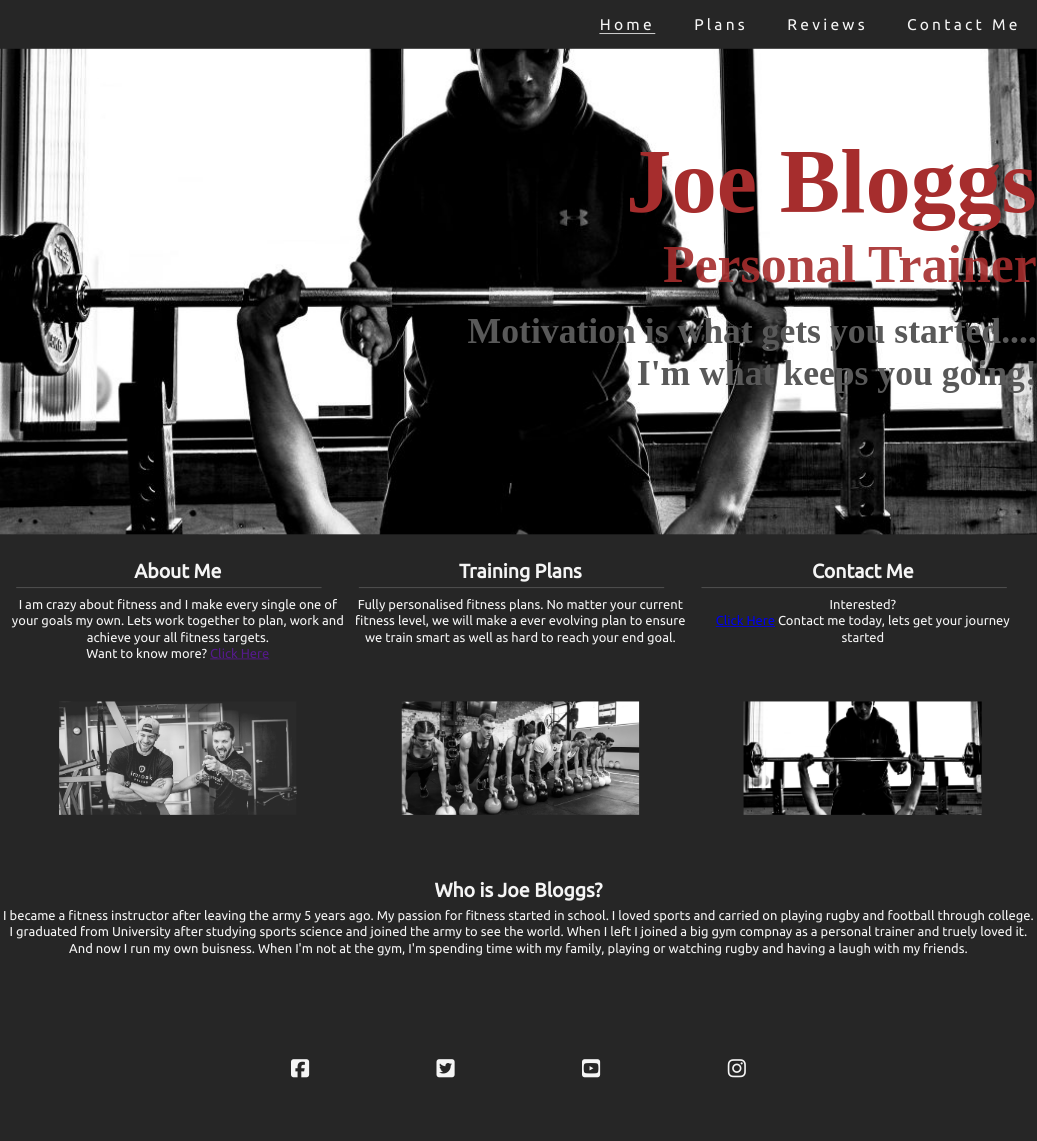
Repository: ClaireRoberts1403/Joe-Bloggs-Personal-Trainer
Page: html/index.html
The author's editor kept a record of every edit. The page is drawn from the files as they stood at one moment, then again after the next edit.
The browser window is 1280 px wide. The pictures show the whole page, at 81% of full size.
Some web fonts or font styles are not loaded; a fallback is used. Some web libraries are served in a nearby version.

Above is the page before.

After the next edit:
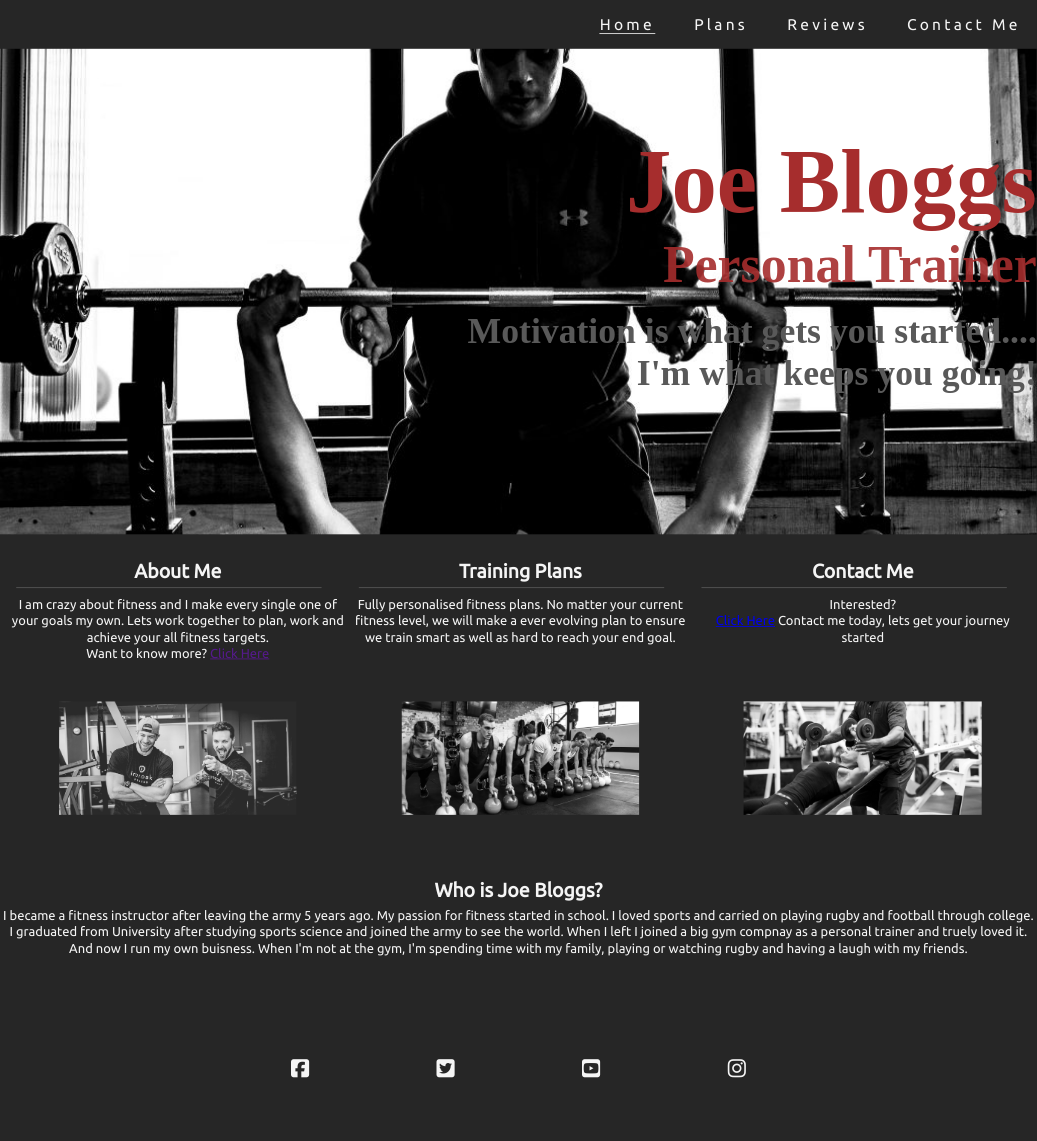
The edit:
--- a/assets/style.css
+++ b/assets/style.css
@@ -173,7 +173,7 @@
 
 
 .indeximage3 {
-    background: url("../images/heroimage.jpg");
+    background: url("../images/indeximage3.jpg");
     padding-top: 10px;
     width: 70%;
     height: 130px;
